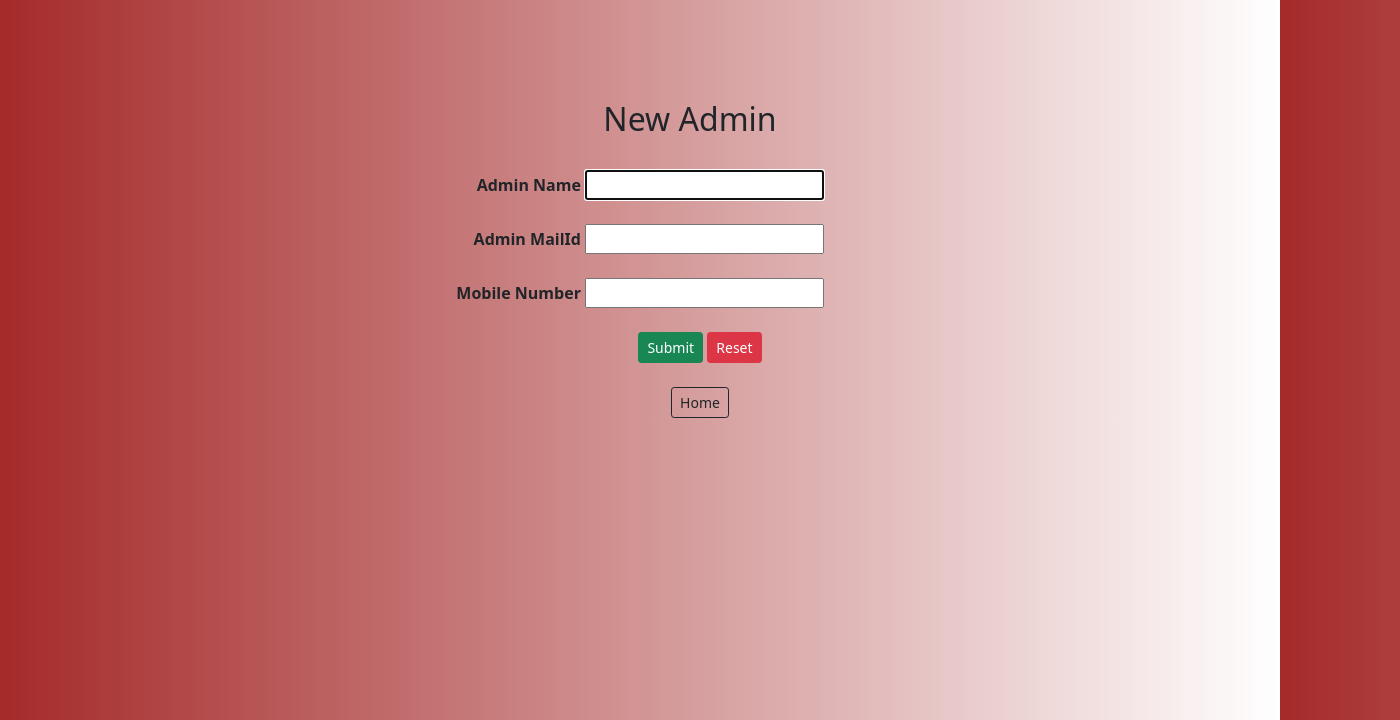
Repository: selvakumar46/Project-Maven
Page: http://localhost/ProjectKFC/NewAdmin.jsp
An editor plug-in stored every save of this project. The page is shown before and after the next save, followed by the edit.
The browser window is 1280 px wide. The page is 1400 px wide, so the pictures cover 1400 px, including what lies to the right of the window. The pictures show the whole page.
The page is served by Tomcat 9. Nobody is signed in. The application's start-up code is not run. Other server files are loaded and not shown.

Above is the page before, as saved 2022-01-12 06:27:31.

### ProjectKFC/src/main/webapp/NewAdmin.jsp
<%@ page language="java" contentType="text/html; charset=ISO-8859-1"
    pageEncoding="ISO-8859-1"%>
<!DOCTYPE html>
<html>
<head>
<meta charset="ISO-8859-1">
<title>New Admin</title>
<link href="https://cdn.jsdelivr.net/npm/bootstrap@5.1.3/dist/css/bootstrap.min.css" rel="stylesheet">
  <script src="https://cdn.jsdelivr.net/npm/bootstrap@5.1.3/dist/js/bootstrap.bundle.min.js"></script>
<style >
	body {
	background:linear-gradient(to right,brown,white);
}

.container {
	margin-top: 100px;
}
h2{
	margin-right: -100px;
}
.center{
	margin-right:-120px;
}
label {
        display: inline-block;
        width: 165px;
        text-align: right;
        margin-left:-40px; ;
      }
</style>
</head>
<body>
	<center>
		<form action="newAdmin">
			<div class="container">
				<h2>New Admin</h2> <br>
				<label for="adminName" id="adminName"><b>Admin Name</b></label>
				<input type="text" name="adminName" required autofocus> <br> <br>
				<label for="adminMailId" id="adminMailId"><b>Admin MailId</b></label>
				<input type="text" name="adminMailId" pattern="[a-z0-9]+[@][a-z]+[.][a-z]{2,3}"
					title="Enter your mailId In correctly example:kfc@gmail.com" required> <br> <br>
				<label for="adminNumber" id="adminNumber"><b>Mobile Number</b></label>
				<input type="number" name="adminNumber" pattern="[6-9][0-9]{9}"
					title="Enter your 10- digit mobile number" min="0" required> <br> <br>
					<center class="center">
					<button type="submit" class="btn btn-success btn-sm">Submit</button>
					<button type="reset" class="btn btn-danger btn-sm">Reset</button>
					</center>
			</div>
		</form><br>
		<a href="AdminPage.jsp"><center class="center"><button type="submit" class="btn btn-outline-dark btn-sm">Home</button></center></a>
	</center>
</body>
</html>

After the next save:
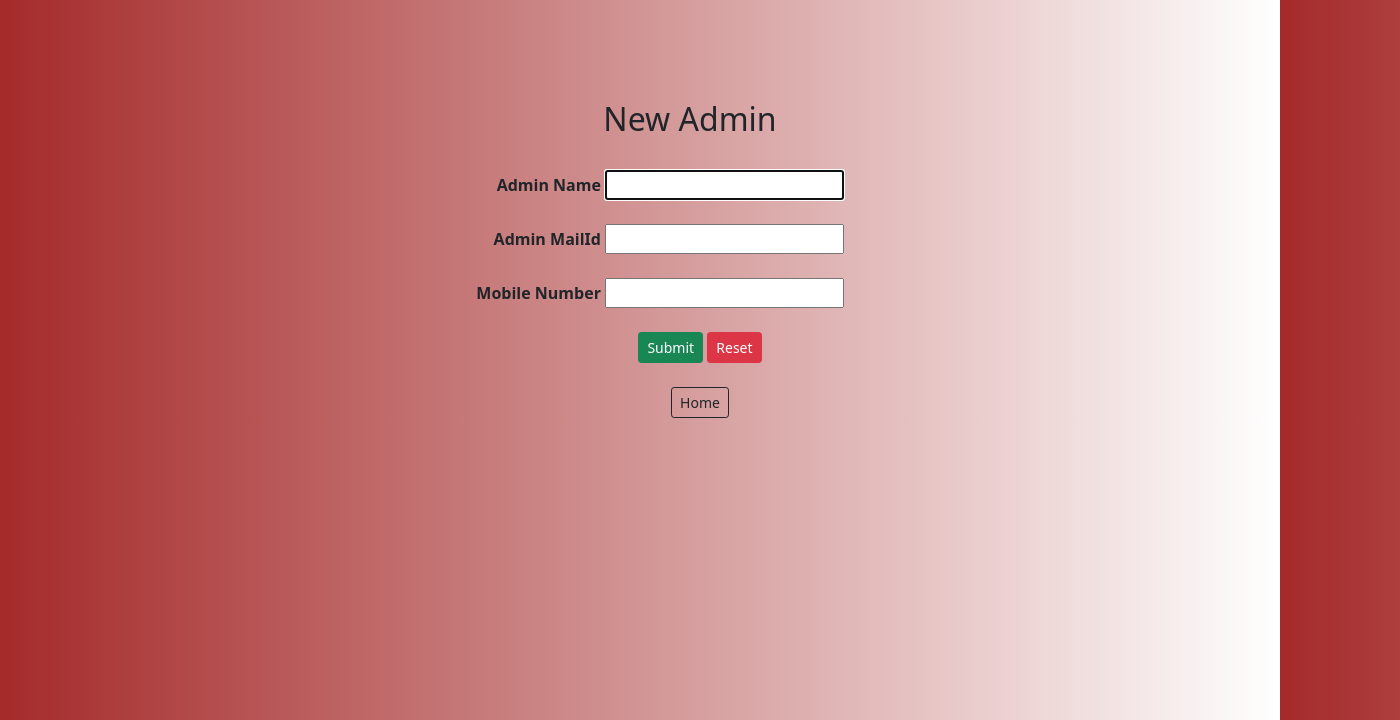
Saved 81 s later.
--- a/ProjectKFC/src/main/webapp/NewAdmin.jsp
+++ b/ProjectKFC/src/main/webapp/NewAdmin.jsp
@@ -25,7 +25,7 @@
         display: inline-block;
         width: 165px;
         text-align: right;
-        margin-left:-40px; ;
+        margin-left:0px; ;
       }
 </style>
 </head>

After the save that followed:
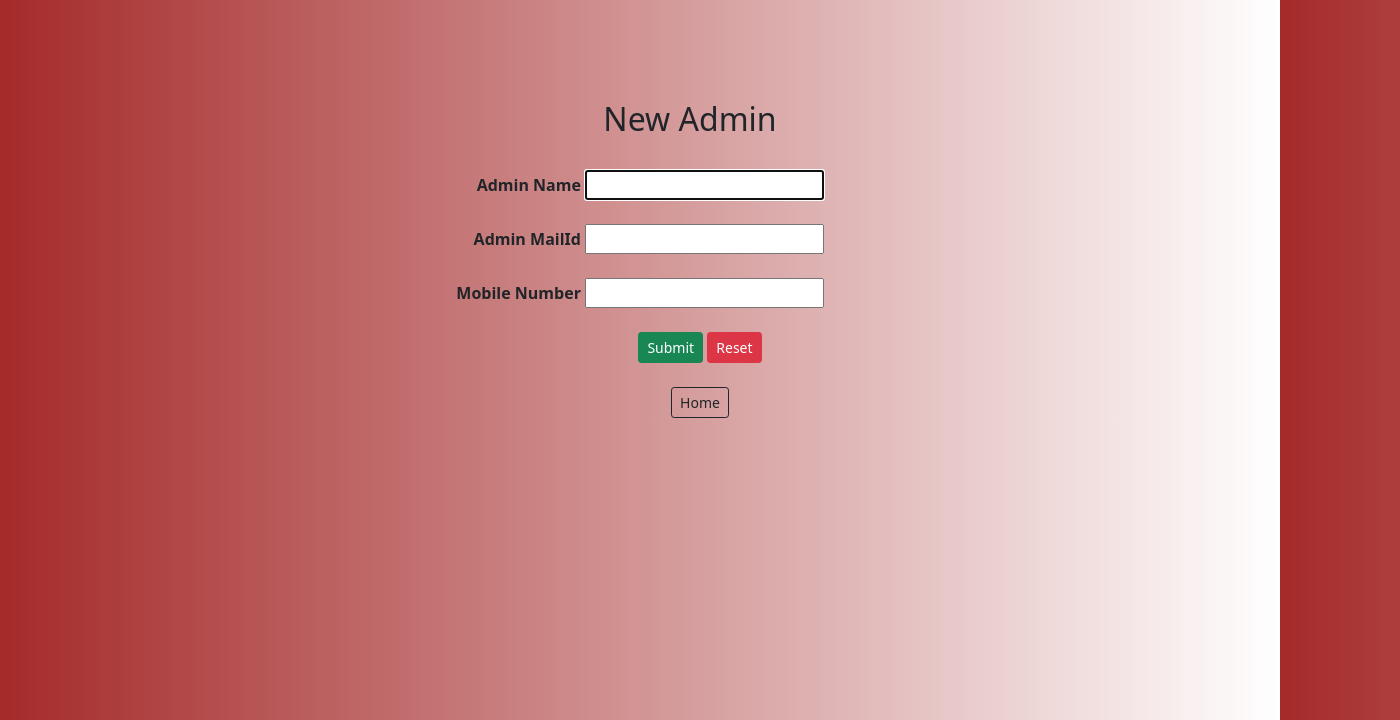
Saved 10 s later.
--- a/ProjectKFC/src/main/webapp/NewAdmin.jsp
+++ b/ProjectKFC/src/main/webapp/NewAdmin.jsp
@@ -25,7 +25,7 @@
         display: inline-block;
         width: 165px;
         text-align: right;
-        margin-left:0px; ;
+        margin-left:-40px; ;
       }
 </style>
 </head>
